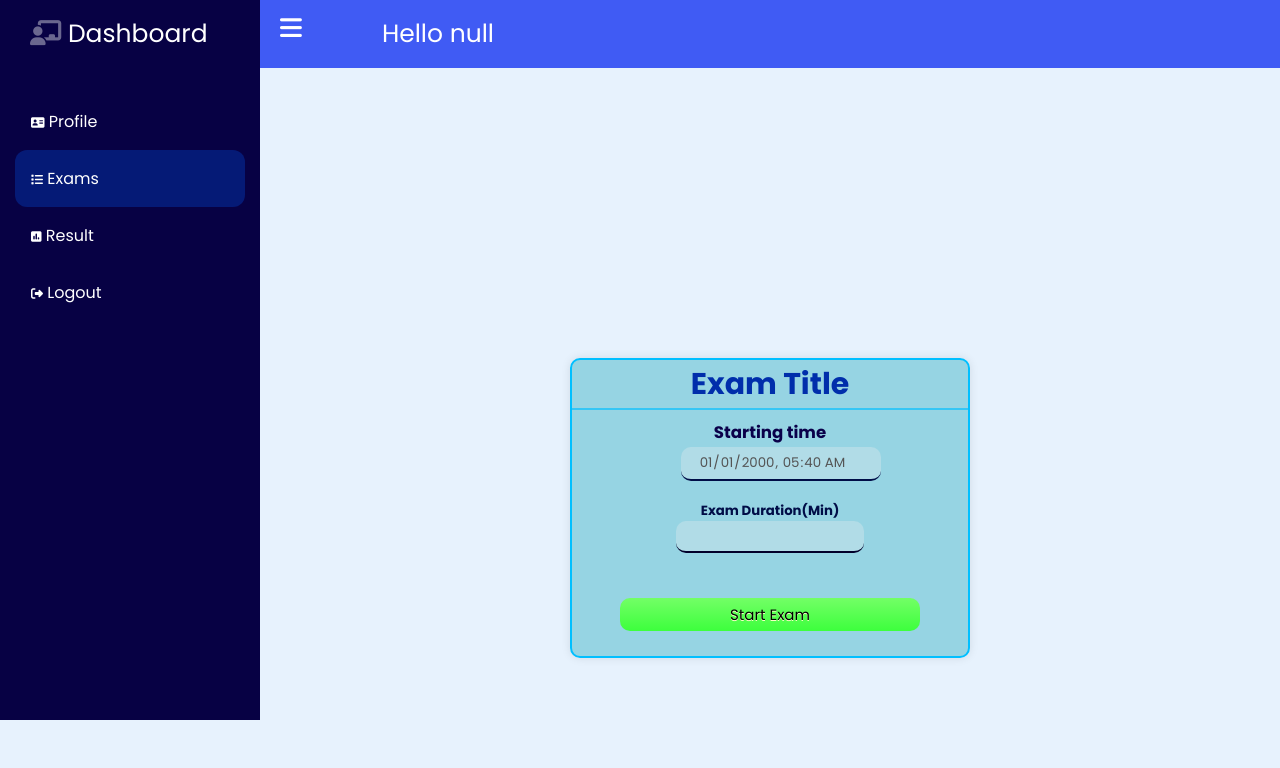
Repository: Buddhadip/ExamPortalApp_struts
Page: http://localhost/ExamWizard/WEB-INF/views/studentExams.jsp
These files come from the project's save history. The page is drawn as it stood at one moment and after the next save; the edit follows.
The browser window is 1280 px wide. The pictures show the whole page.
The page is served by Tomcat 9. Nobody is signed in. Other server files are loaded and not shown. The template is opened directly, without the code that normally fills it, so the values that code supplies are empty.

Above is the page before, as saved 2023-07-19 09:46:38.

### ExamWizard/src/main/webapp/WEB-INF/views/studentExams.jsp
<%@ page language="java" contentType="text/html; charset=UTF-8"
    pageEncoding="UTF-8"%>
<!DOCTYPE html>
<html>
<head>
    <meta charset="UTF-8" />
    <meta http-equiv="X-UA-Compatible" content="IE=edge" />
    <meta name="viewport" content="width=device-width, initial-scale=1.0" />
    <title>Student Dashboard</title>
    <link rel="stylesheet" href="public/styles/studentHome.css" />
    <link rel="stylesheet" href="public/styles/studentExams.css" />
    <link rel="stylesheet" href="https://cdnjs.cloudflare.com/ajax/libs/font-awesome/6.4.0/css/all.min.css">
<title>Student Home</title>
</head>
<body>
<!-- <%@ taglib prefix="c" uri="http://java.sun.com/jsp/jstl/core" %>
<%
   // Retrieve a session attribute
   String username = (String) session.getAttribute("username");
%> -->
<nav class="sidebar">
      <a href="#" class="logo">
        <i class="fa-solid fa-chalkboard-user fa-beat-fade"></i>
        Dashboard
      </a>

      <div class="menu-content">
        <ul class="menu-items">
          <li class="item">
          <li class="item">
            <a href="profile.do">
              <i class="fa-solid fa-address-card"></i>
              Profile</a>
          </li>

          <li class="item  selected-item">
            <a href="studentExams.do">
                <i class="fa-solid fa-list"></i>
              Exams</a>
          </li>

          <li class="item">
            <a href="result.do">
            <i class="fa-solid fa-square-poll-vertical"></i>
              Result</a>
          </li>

          <li class="item">
            <a href="logout.do">
              <i class="fa-solid fa-right-from-bracket"></i>
              Logout</a>
          </li>
        </ul>
      </div>
    </nav>

    <nav class="navbar">
      <i class="fa-solid fa-bars" id="sidebar-close"></i>

      <div class="hellotext">Hello <%= username %></div>
    </nav>
<h1>Your exams</h1>
    <main class="main">

      <div class="exam-card">

        <div class="exam-card-header">
          <h2> Exam Title</h2>
          <input type="text" class="eid"  id="${exam.eid}-id" name="eid" value="${exam.eid}" style="display: none" />
        </div>
        <div class="exam-card-body">
          <div class="body-time">
            <div class="exam-card-body-item" >
              <h5>Starting time</h5>
              <input type="datetime-local"  class="starttime" name="estart" value="2000-01-01T05:40:00" disabled/>
            </div>
          </div>
          <div class="duration">
            <h5>Exam Duration(Min)</h3>
            <input type="text" name="eduration"  id="${exam.eid}-dur" value="${exam.eduration}" disabled />
          </div>
          <div class="button-area">
            <div class="bottom-button">
              <button class="exambutton yellow" id="startexambutton"
                onclick="StartExam('${exam.eid}')">
                Start Exam
              </button>
            </div>
          </div>
        </div>
      </div>
    </main>

    <script src="public/js/studentExams.js"></script>

</body>
</html>

### ExamWizard/src/main/webapp/public/styles/studentHome.css
@charset "ISO-8859-1";
@charset "UTF-8";
/* Import Google font - Poppins */
@import url("https://fonts.googleapis.com/css2?family=Poppins:wght@200;300;400;500;600;700&display=swap");
* {
  margin: 0;
  padding: 0;
  box-sizing: border-box;
  font-family: "Poppins", sans-serif;
}

body{
	background: #e7f2fd;
}
.sidebar {
  position: fixed;
  height: 100%;
  width: 260px;
  background: #070144;
  padding: 15px;
  z-index: 99;
}
.logo {
  font-size: 25px;
  padding: 0 15px;
}
.sidebar a {
  color: #fff;
  text-decoration: none;
}
.menu-content {
  position: relative;
  height: 100%;
  width: 100%;
  margin-top: 40px;
  overflow-y: scroll;
}
.menu-content::-webkit-scrollbar {
  display: none;
}
.menu-items {
  height: 100%;
  width: 100%;
  list-style: none;
  transition: all 0.4s ease;
}
.submenu-active .menu-items {
  transform: translateX(-56%);
}
.item a,
.submenu-item {
  padding: 16px;
  display: inline-block;
  width: 100%;
  border-radius: 12px;
}
.item i {
  font-size: 12px;
}
.item a:hover,
.submenu-item:hover,
.submenu .menu-title:hover {
  background: rgba(34, 98, 236, 0.719);
}
.submenu .menu-title:hover ,
.selected-item {
  background: rgba(5, 81, 223, 0.322);
  border-radius: 12px;
}
.submenu-item {
  display: flex;
  justify-content: space-between;
  align-items: center;
  color: #fff;
  cursor: pointer;
}
.submenu {
  position: absolute;
  height: 100%;
  width: 100%;
  top: 0;
  right: calc(-100% - 26px);
  height: calc(100% + 100vh);
  background: #11101d;
  display: none;
}
.show-submenu ~ .submenu {
  display: block;
}
.submenu .menu-title {
  border-radius: 12px;
  cursor: pointer;
}
.submenu .menu-title i {
  margin-right: 10px;
}
.navbar,
.main {
  left: 260px;
  width: calc(100% - 260px);
  transition: all 0.5s ease;
  z-index: 1000;
}
.sidebar.close ~ .navbar,
.sidebar.close ~ .main {
  left: 0;
  width: 100%;
}
.navbar {
  position: fixed;
  color: #fff;
  padding: 15px 20px;
  font-size: 25px;
  background: #405bf4;
  cursor: pointer;
  display:flex;
  flex-direction:row;
}

.navbar .hellotext{
  margin-left:80px;
}
.navbar #sidebar-close {
  cursor: pointer;
}
.main {
  position: relative;
  display: flex;
  align-items: center;
  justify-content: center;
  height: 100vh;
  z-index: 100;
  background: #e7f2fd;
  z-index: 100;
  overflow-y:scroll;
  background: #e7f2fd;
  flex-direction:column;
  padding-top:200px;
}
.main h1 {
  color: #11101d;
  font-size: 40px;
  text-align: center;
}

### ExamWizard/src/main/webapp/public/styles/studentExams.css
@charset "ISO-8859-1";
@charset "ISO-8859-1";

.main h1 {
  color: #11101d;
  font-size: 40px;
  text-align: center;
  height: 5%;
}
.card-holder{
  display:flex;
  flex-direction:row;
  justify-content:space-around;
  align-items:center;
  flex-wrap: wrap;
  width:100%;
  height:95%;
  margin-top:50px;
  /* background-color: rgb(229, 255, 255); */
  padding: 50px;
}
.exam-card{
  width: 400px;
  height: 300px;
  background-color: rgb(255, 255, 255);
  border-radius: 10px;
  border: 2px solid deepskyblue;
  box-shadow: 0px 0px 10px 0px rgba(0, 0, 0, 0.1);
  margin: 20px;
  display: flex;
  flex-direction: column;
  align-items: center;
  cursor: pointer;
  transition: all 0.3s ease;
  background-color: #76c8d9b5;
}
.exam-card-header{
  width: 100%;
  height: 50px;
  color: #002eab;

  display: flex;
  justify-content: center;
  align-items: center;
  font-size: 20px;
  font-weight: 600;
  border-bottom: 2px solid rgba(0, 191, 255, 0.644);
}
.exam-card-body{
  width: 100%;
}

.exam-card-body-item{
  width:50%;
  padding: 10px;

}
.exam-card-body-item h5{
  color: rgb(10, 0, 74);
  text-align: center;
}
.exam-card-body-item input{
  border-radius: 10px;
  padding: 5px 0px;
  text-align: center;
}
.body-time{
  width:100%;
  display: flex;
  justify-content: center;
  align-items: center;
  font-size: 20px;
  flex-direction: row;
}
.starttime{
  border: none;
    border-bottom: 2px solid #000d47;
}
.duration {
  width: 100%;
  text-align: center;
  padding: 10px;
  color: #000d47;


}
.duration input{
    width: 50%;
    padding: 5px;
    border-radius: 10px;
    border: none;
    border-bottom: 2px solid #01002b;
    text-align: center;
}

.top-button{
  width: 100%;
  display: flex;
  justify-content: space-around;
  align-items: center;
  padding: 10px;
  flex-direction: row;

}

.exambutton{
  width: 80%;
  padding: 5px;
  border-radius: 10px;
  border: none;
  margin: 5px;
  cursor: pointer;
  font-size: 15px;
  margin-top: 25px;
}
@-moz-keyframes yellow {
  0%, 100% {
    -moz-box-shadow: 1px 0px 19px 4px #35ff03, inset 0px 0px 10px rgba(255, 255, 255, 0.5);
    box-shadow: 1px 0px 19px 4px #18ff03, inset 0px 0px 10px rgba(255, 255, 255, 0.5); }

  50% {
    -moz-box-shadow: 0px 0px 0px 0px rgba(255, 245, 3, 0), inset 0px 0px 0px rgba(255, 255, 255, 0);
    box-shadow: 0px 0px 0px 0px rgba(255, 245, 3, 0), inset 0px 0px 0px rgba(255, 255, 255, 0); } }

@-webkit-keyframes yellow {
  0%, 100% {
    -webkit-box-shadow: 1px 0px 19px 4px #03ff3a, inset 0px 0px 10px rgba(255, 255, 255, 0.5);
    box-shadow: 1px 0px 19px 4px #03ff2d, inset 0px 0px 10px rgba(255, 255, 255, 0.5); }

  50% {
    -webkit-box-shadow: 0px 0px 0px 0px rgba(255, 245, 3, 0), inset 0px 0px 0px rgba(255, 255, 255, 0);
    box-shadow: 0px 0px 0px 0px rgba(255, 245, 3, 0), inset 0px 0px 0px rgba(255, 255, 255, 0); } }

@-o-keyframes yellow {
  0%, 100% {
    box-shadow: 1px 0px 19px 4px #03ff2d, inset 0px 0px 10px rgba(255, 255, 255, 0.5); }

  50% {
    box-shadow: 0px 0px 0px 0px rgba(255, 245, 3, 0), inset 0px 0px 0px rgba(255, 255, 255, 0); } }

@keyframes yellow {
  0%, 100% {
    box-shadow: 1px 0px 19px 4px #03ff18, inset 0px 0px 10px rgba(255, 255, 255, 0.5); }

  50% {
    box-shadow: 0px 0px 0px 0px rgba(255, 245, 3, 0), inset 0px 0px 0px rgba(255, 255, 255, 0); } }

.button {
  text-align: center;
  padding: 10px 20px;
  text-decoration: none;
  color: #000;
  font-weight: bold;
  -webkit-border-radius: 10px;
  -moz-border-radius: 10px 0;
  border-radius: 10px 0;
  margin-right: 20px; }

.yellow {
  text-shadow: 0px 1px 0px #faffc7;
  background-image: -webkit-linear-gradient(top, #66ff6e, #84fd80);
  background-image: -moz-linear-gradient(top, #66ff66, #80fd8a);
  background-image: -o-linear-gradient(top, #66ff6e, #80fd86);
  background-image: linear-gradient(to bottom, #73ff66, #3dff3d);
  -webkit-animation: yellow 2s infinite;
  -moz-animation:yellow 2s infinite;
  -o-animation: yellow 2s infinite;
  animation: yellow 2s infinite; }
.bottom-button{
  width: 100%;
  display: flex;
  justify-content: space-around;
  align-items: center;
  padding: 10px;
  flex-direction: row;
}

### ExamWizard/src/main/webapp/public/js/studentExams.js
const sidebar = document.querySelector(".sidebar");
const sidebarClose = document.querySelector("#sidebar-close");
const menu = document.querySelector(".menu-content");
const menuItems = document.querySelectorAll(".submenu-item");
const subMenuTitles = document.querySelectorAll(".submenu .menu-title");

sidebarClose.addEventListener("click", () => {
  sidebar.classList.toggle("close");
  menu.classList.remove("submenu-active");
  menuItems.forEach((item) => {
    item.classList.remove("show-submenu");
  });
});

menuItems.forEach((item, index) => {
  item.addEventListener("click", () => {
    menu.classList.add("submenu-active");
    item.classList.add("show-submenu");
    menuItems.forEach((item2, index2) => {
      if (index !== index2) {
        item2.classList.remove("show-submenu");
      }
    });
  });
});

subMenuTitles.forEach((title) => {
  title.addEventListener("click", () => {
    menu.classList.remove("submenu-active");
  });
});

After the next save:
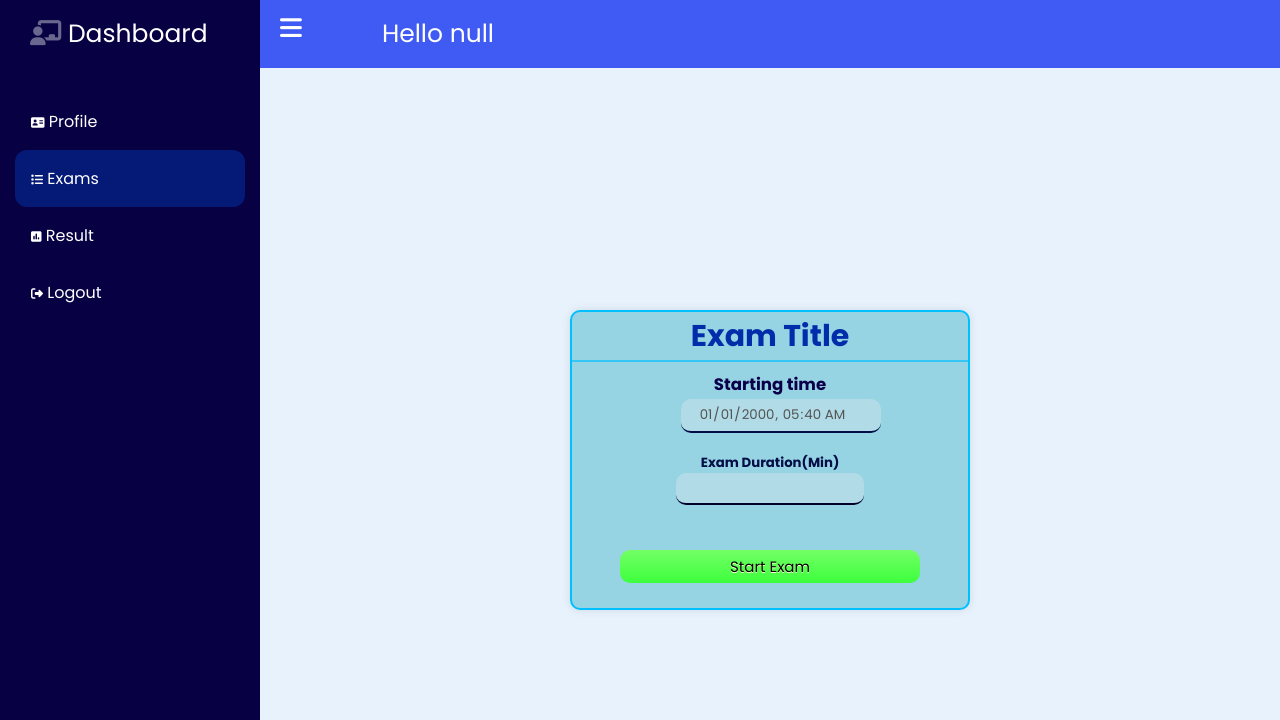
Saved 18 s later.
--- a/ExamWizard/src/main/webapp/WEB-INF/views/studentExams.jsp
+++ b/ExamWizard/src/main/webapp/WEB-INF/views/studentExams.jsp
@@ -59,7 +59,7 @@
 
       <div class="hellotext">Hello <%= username %></div>
     </nav>
-<h1>Your exams</h1>
+
     <main class="main">
 
       <div class="exam-card">
